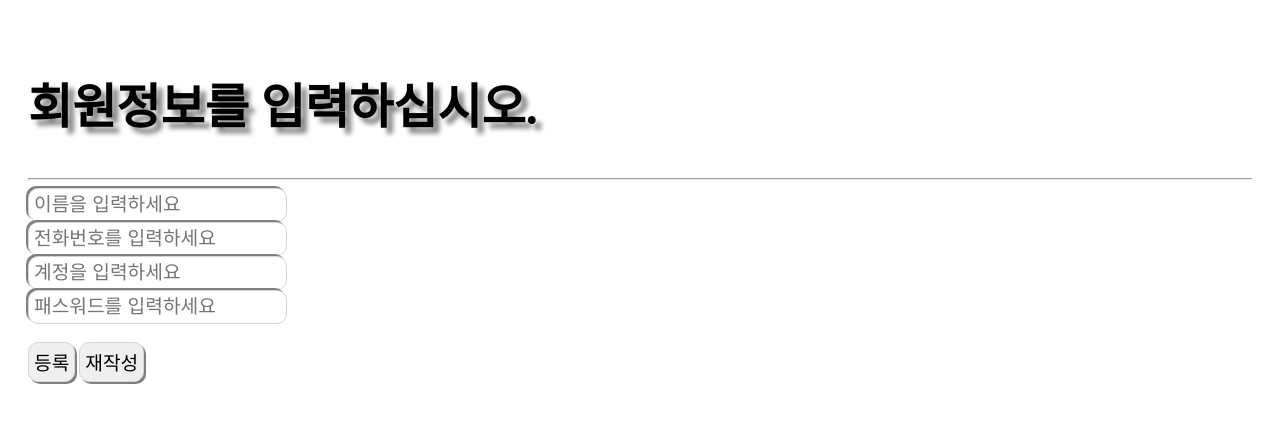
Repository: kdg0109/multicampus_course
Page: web course/workspace_web/mvc/WebContent/htmlexam/memberForm.html
The author's editor kept a copy of each file at every save. The page is drawn from the files as they stood at one save, then again after the next save.
The browser window is 1280 px wide. The pictures show the whole page.

Above is the page before, as saved 2018-02-09 04:18:18.

After the next save:
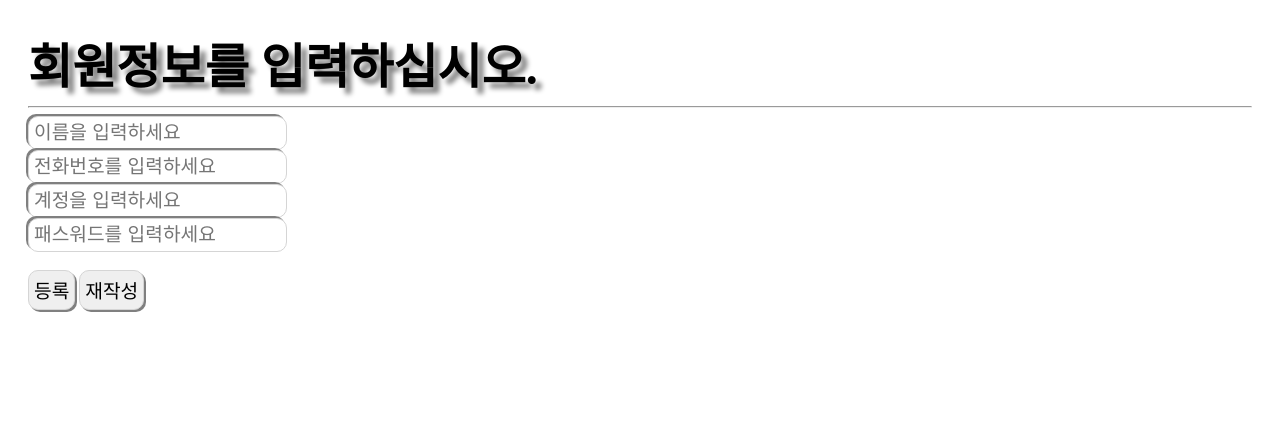
Saved 14 s later.
--- a/web course/workspace_web/mvc/WebContent/htmlexam/memberForm.html
+++ b/web course/workspace_web/mvc/WebContent/htmlexam/memberForm.html
@@ -5,7 +5,7 @@
 <title>Insert title here</title>
 <style>
 	h1 {
-		padding : 0px;
+		margin : 0px;
 		font-size : 3em;
 		text-shadow: 6px 6px 5px gray;
 	}

After the save that followed:
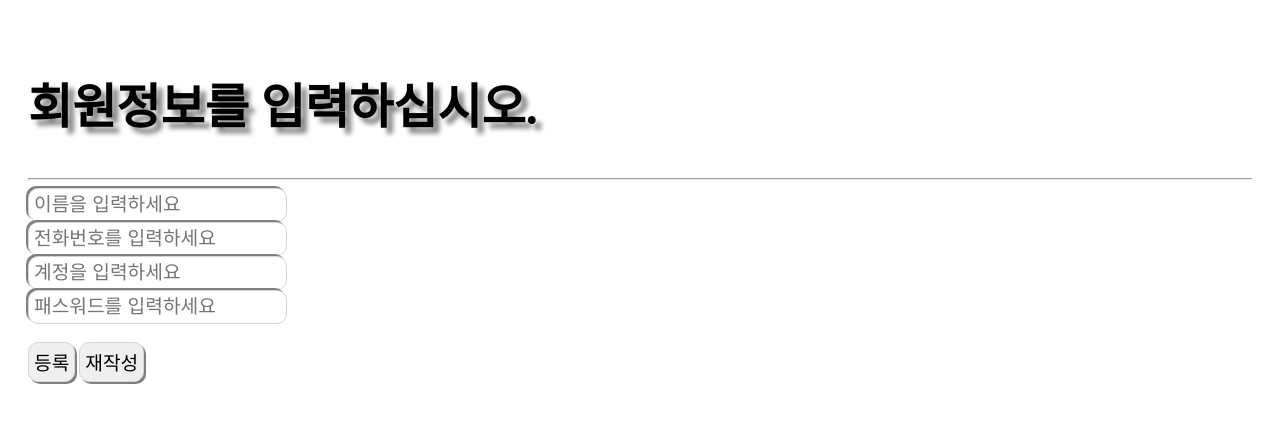
Saved 5 s later.
--- a/web course/workspace_web/mvc/WebContent/htmlexam/memberForm.html
+++ b/web course/workspace_web/mvc/WebContent/htmlexam/memberForm.html
@@ -5,7 +5,7 @@
 <title>Insert title here</title>
 <style>
 	h1 {
-		margin : 0px;
+		padding : 0px;
 		font-size : 3em;
 		text-shadow: 6px 6px 5px gray;
 	}
